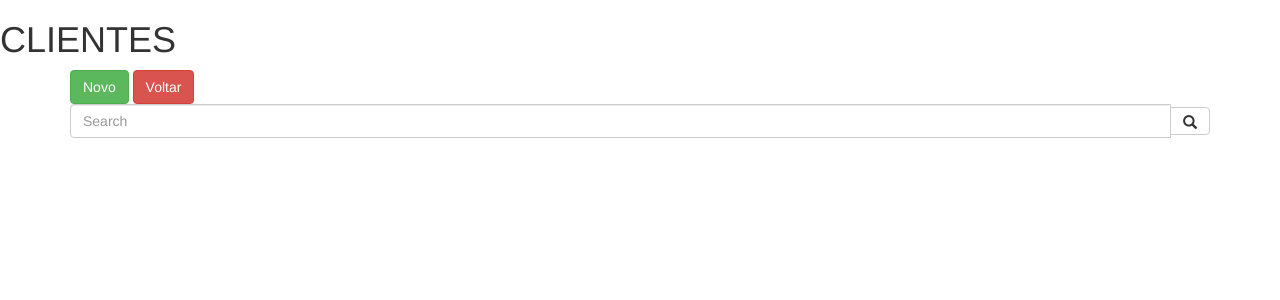
Repository: diegokunha/LojinhaGuru
Page: http://localhost/LojinhaGuru/clientes
An editor plug-in stored every save of this project. The page is shown before and after the next save, followed by the edit.
The browser window is 1280 px wide. The pictures show the whole page.
Some web libraries are served in a nearby version. The page is served by Tomcat 9. Other server files are loaded and not shown.

Above is the page before, as saved 2017-10-04 00:48:38.

### LojinhaGuru/WebContent/WEB-INF/views/jsp/clientes.jsp
<?xml version="1.0" encoding="utf-8" ?>
<%@ page language="java" contentType="text/html; charset=utf-8"
	pageEncoding="utf-8"%>
<!DOCTYPE html PUBLIC "-//W3C//DTD XHTML 1.0 Transitional//EN" "http://www.w3.org/TR/xhtml1/DTD/xhtml1-transitional.dtd">
<html xmlns="http://www.w3.org/1999/xhtml">
<head>
<meta http-equiv="Content-Type" content="text/html; charset=utf-8" />

<!-- Latest compiled and minified CSS -->
<link rel="stylesheet"
	href="https://maxcdn.bootstrapcdn.com/bootstrap/3.3.7/css/bootstrap.min.css" />

<!-- jQuery library -->
<script
	src="https://ajax.googleapis.com/ajax/libs/jquery/3.2.1/jquery.min.js"></script>

<!-- Latest compiled JavaScript -->
<script
	src="https://maxcdn.bootstrapcdn.com/bootstrap/3.3.7/js/bootstrap.min.js"></script>
<title>Insert title here</title>
</head>
<body>
	<h1>CLIENTES</h1>
	<div class="container">
		<form>
			<a href="adicionaCliente"><button type="button"
					class="btn btn-success">Novo</button></a> <a href="index"><button
					type="button" class="btn btn-danger">Voltar</button></a>
			<div class="input-group">
				<input type="text" class="form-control" placeholder="Search">
					<div class="input-group-btn">
						<button class="btn btn-default" type="submit">
							<i class="glyphicon glyphicon-search"></i>
						</button>
					</div>
			</div>
		</form>
	</div>
</body>
</html>

After the next save:
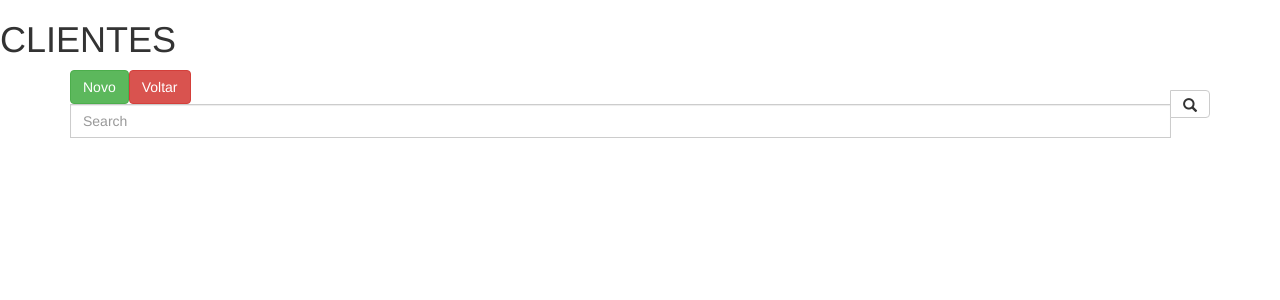
Saved 87 s later.
--- a/LojinhaGuru/WebContent/WEB-INF/views/jsp/clientes.jsp
+++ b/LojinhaGuru/WebContent/WEB-INF/views/jsp/clientes.jsp
@@ -23,11 +23,11 @@
 	<h1>CLIENTES</h1>
 	<div class="container">
 		<form>
-			<a href="adicionaCliente"><button type="button"
-					class="btn btn-success">Novo</button></a> <a href="index"><button
-					type="button" class="btn btn-danger">Voltar</button></a>
 			<div class="input-group">
-				<input type="text" class="form-control" placeholder="Search">
+				<a href="adicionaCliente"><button type="button"
+						class="btn btn-success">Novo</button></a> <a href="index"><button
+						type="button" class="btn btn-danger">Voltar</button></a> <input
+					type="text" class="form-control" placeholder="Search">
 					<div class="input-group-btn">
 						<button class="btn btn-default" type="submit">
 							<i class="glyphicon glyphicon-search"></i>
